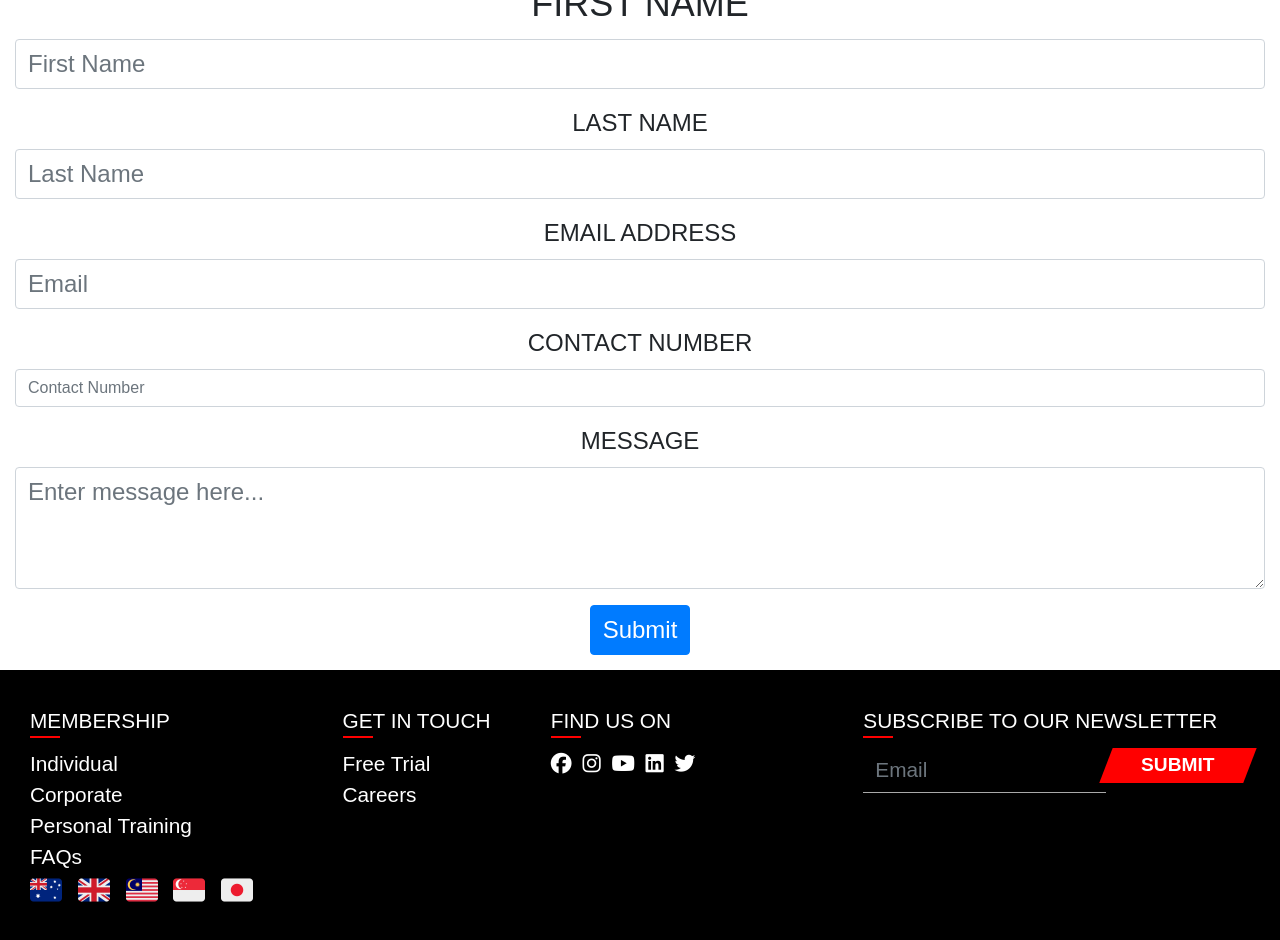
Repository: KJY93/User_Centric_Frontend_Development_Project
Page: contact.html
The author's editor kept a record of every edit. The page is drawn from the files as they stood at one moment, then again after the next edit.
The browser window is 1280 px wide. The pictures show the part of the page from y = 679 to 1631 px (the page is 1619 px tall before and 1631 px after).
Some web fonts or font styles are not loaded; a fallback is used. Some web libraries are served in a nearby version.

Above is the page before.

### contact.html
<!DOCTYPE html>
<html lang="en-US">
	<head>
	    <meta charset="UTF-8">
	    <meta name="viewport" content="width=device-width, initial-scale=1.0">
	    <meta http-equiv="X-UA-Compatible" content="ie=edge">
	    <title>Shape Shifters | Our Clubs</title>

		<!-- Google Fonts -->
	    <link href="https://fonts.googleapis.com/css?family=Cute+Font&display=swap" rel="stylesheet">

	    <!-- Logo -->
	    <link rel="icon" href="static/fitness-logo.ico">

	    <!-- Bootstrap CSS -->
	    <link rel="stylesheet" href="https://stackpath.bootstrapcdn.com/bootstrap/4.3.1/css/bootstrap.min.css" integrity="sha384-ggOyR0iXCbMQv3Xipma34MD+dH/1fQ784/j6cY/iJTQUOhcWr7x9JvoRxT2MZw1T" crossorigin="anonymous">

	    <!-- External CSS StyleSheet -->
		<link rel="stylesheet" type="text/css" href="static/styles.css">

		<!-- Bootstrap JS -->
	    <script src="https://code.jquery.com/jquery-3.3.1.slim.min.js" integrity="sha384-q8i/X+965DzO0rT7abK41JStQIAqVgRVzpbzo5smXKp4YfRvH+8abtTE1Pi6jizo" crossorigin="anonymous"></script>
	    <script src="https://cdnjs.cloudflare.com/ajax/libs/popper.js/1.14.7/umd/popper.min.js" integrity="sha384-UO2eT0CpHqdSJQ6hJty5KVphtPhzWj9WO1clHTMGa3JDZwrnQq4sF86dIHNDz0W1" crossorigin="anonymous"></script>
	    <script src="https://stackpath.bootstrapcdn.com/bootstrap/4.3.1/js/bootstrap.min.js" integrity="sha384-JjSmVgyd0p3pXB1rRibZUAYoIIy6OrQ6VrjIEaFf/nJGzIxFDsf4x0xIM+B07jRM" crossorigin="anonymous"></script>

	    <!-- Font Awesome -->
	    <script src="https://kit.fontawesome.com/3df94da5fe.js"></script>
	</head>
	<body>
	    <main>
	        <!-- Navbar -->
			<nav class="navbar navbar-expand-md navbar-dark bg-danger">
			  	<a class="navbar-brand" href="#"><i class="fas fa-home"></i></a>
			  	<button class="navbar-toggler" type="button" data-toggle="collapse" data-target="#navbarNav">
			    <span class="navbar-toggler-icon"></span>
			  	</button>
			  	<div class="collapse navbar-collapse" id="navbarNav">
			    	<ul class="navbar-nav ml-auto">
			      		<li class="nav-item">
			        		<a class="nav-link" href="#">Clubs</a>
			      		</li>
			      		<li class="nav-item">
			        		<a class="nav-link" href="#">Timetables</a>
			      		</li>
			    	</ul>

			    	<ul class="navbar-nav ml-auto">
			      		<li class="nav-item">
			        		<a class="nav-link" href="#">Contact Us</a>
			      		</li>
			    	</ul>
			  	</div>
			</nav>

			<!-- Timetables background -->
			<div id="contact-us-background"></div>

			<!-- Contact Us Header-->
			<div>
				<h1 class="club-header contact-us"><strong>WE'D LOVE TO HEAR FROM YOU</strong></h1>
			</div>

			<div class="container-fluid">

                <form method="post" action="">
                    <div class="form-group">
                        <div class="form-attribute"><label class="form-attribute" for="firstname">FIRST NAME</label></div>
                        <input type="text" class="form-control form-placeholder" id="firstname" placeholder="First Name">
                    </div>

                    <div class="form-group">
                        <div class="form-attribute"><label for="lastname">LAST NAME</label></div>
                        <input type="text" class="form-control form-placeholder" id="lastname" placeholder="Last Name">
                    </div>

                    <div class="form-group">
                        <div class="form-attribute"><label for="email-address">EMAIL ADDRESS</label></div>
                        <input type="email" class="form-control form-placeholder" id="email-address" placeholder="Email">
                    </div>

                    <div class="form-group">
                        <div class="form-attribute"><label for="contact-number">CONTACT NUMBER</label></div>
                        <input type="text" class="form-control" id="contact-number" placeholder="Contact Number">
                    </div>

                    <div class="form-group">
                        <div class="form-attribute"><label for="message-field">MESSAGE</label></div>
                        <textarea class="form-control form-placeholder" id="message-field" rows="3" placeholder="Enter message here..."></textarea>
                    </div>

                    <div class="generic-submit-btn-container"><button type="submit" class="btn btn-primary">Submit</button></div>
                </form>
			</div>

			<!-- Footer -->
			<footer>
				<div class="container-fluid">
					<div class="row">
						<div class="col-sm-12 col-md-3">
							<div>MEMBERSHIP</div>
							<div class="separator"></div>
							<div>Individual</div>
							<div>Corporate</div>
							<div>Personal Training</div>
							<div>FAQs</div>
						</div>

						<div class="col-sm-12 col-md-2">
							<div>GET IN TOUCH</div>
							<div class="separator"></div>
							<div>Free Trial</div>
							<div>Careers</div>
						</div>

						<div class="col-sm-12 col-md-3">
							<div>FIND US ON</div>
							<div class="separator"></div>
							<div>
								<i class="fab fa-facebook social-media-logo"></i>
								<i class="fab fa-instagram social-media-logo"></i>
								<i class="fab fa-youtube social-media-logo"></i>
								<i class="fab fa-linkedin social-media-logo"></i>
								<i class="fab fa-twitter social-media-logo"></i>
							</div>
						</div>

						<div class="col-sm-12 col-md-4">
							<div>SUBSCRIBE TO OUR NEWSLETTER</div>

							<div class="separator"></div>

							<form method="post" action="">
								<div class="input-field-container">
									<div class="form-group">
										<input input id="subscription" type="email" class="form-control" placeholder="Email" required>
									</div>

									<div class="each">
										<button type="button" class="submit-btn" value="submit"><span>SUBMIT</span></button>
									</div>
								</div>
							</form>
						</div>

						<div class="col-sm-12">
							<img class="flag-logo" src="static/australia-flag.png" alt="australia flag"/>
							<img class="flag-logo" src="static/uk-flag.png" alt="uk flag"/>
							<img class="flag-logo" src="static/mys-flag.png" alt="malaysia flag"/>
							<img class="flag-logo" src="static/sg-flag.png" alt="singapore flag"/>
							<img class="flag-logo" src="static/jpn-flag.png" alt="japan flag"/>
						</div>
					</div>
				</div>
			</footer>

	   </main>
	</body>
</html>

### static/styles.css
body, html {
	height: 100%;
}

body {
	font-family: 'Cute Font', cursive, sans-serif;
}

#subscription {
  background: transparent;
  border: none;
  border-bottom: 1px solid #a9a9a9;
  box-shadow: none;
  border-radius: 0;
}

.iframe-video-size {
	width: 300px;
	height: 320px;
}

.social-media-logo {
	margin-right: 5px;
}

.separator {
	margin-bottom: 10px;
	height: 2px;
	width: 30px;
	background: rgb(255, 0, 0);
	z-index: 1;
}

.row {
	margin-left: 0;
	margin-right: 0;
}

#advert > h1 {
	color: #ffffff;
}

#signup-link {
	color: #ffffff;
}

input[type="email"] {
 	font-size: 1em;
}

.col-sm-12, .col-md-6, .nav-link, #signup-link {
	font-size: 1.3em;
}

.link-deco:link {
	text-decoration: none;
}

.link-deco:hover {
	font-size:120%;
}

.link-font-color, button > .link-deco:hover {
	color: #ffffff;
}

.box2, .box3 {
	background: rgba(255,117,117,0.1);
}

.button-container, p, .challenge-container, #signup-container, .box3, .box2 {
	text-align: center;
}

#divider {
	width: 100%;
	border: 1px solid black;
}

footer {
	padding-top: 35px;
	padding-bottom: 35px;
	background: rgba(0, 0, 0);
	color: #ffffff;
}

.box1 {
	background:url('../static/background-mobile.jpg');
	background-repeat: no-repeat;
	background-size: 100% 100%;
	height: 400px;
	display: flex;
	align-items: center;
	justify-content: center;
}

/*https://codepen.io/adamjohnson/pen/aokGt*/
/* Skew button design adapted from the above codepen project*/
.submit-btn {
	color: #fff;
	background: #ff0000;
	font-weight: 700;
	text-align: center;
	text-decoration: none;
	border: 0;
	outline: 0;
	font-size: 1.2rem;
	padding: 12px 35px;
	display: inline-block;
	transform: skew(-21deg);
	border-radius: 0;
}

.input-field-container {
	display: flex;
	flex-direction: row;
}

.submit-btn:hover {
	background: #0069a8;
}

span {
	display: inline-block; /* change to inline-block so that the text can be un-skewed*/
}

.submit-btn > span {
	-webkit-transform: skew(21deg);  /* Un-skew the text */
}

.btn-group {
	padding-left: 15px;
}

.flag-logo {
	padding-right: 10px;
}

#club-header-background {
	background:url('../static/bodycombat.jpg');
	background-repeat: no-repeat;
	background-size: 100% 100%;
	height: 200px;
}

.club-header {
	text-align: center;
	background: linear-gradient(to top, #ff0000 , #800080);
	-webkit-background-clip: text;
	-webkit-text-fill-color: transparent;
	font-size: 2.5em;
}

.location {
	display: flex;
	flex-direction: column;
	justify-content: center;
	align-items: center;
	color: #ffffff;
	margin-bottom: 20px;
}

.location:link {
	text-decoration: none;
}

.location:hover {
	opacity: 0.8;
}

.location:hover .location-name, .location:hover .club-info {
	background: linear-gradient(to top, #ff0000 , #ff9800);
	-webkit-background-clip: text;
	-webkit-text-fill-color: transparent;
}

.location-name {
	font-size: 2.3em;
}

.club-info {
	font-size: 1.2em;
	border: 1px solid #ffffff;
	padding-left: 20px;
	padding-right: 20px;
	border-radius: 20px;
}

#location-image-1 {
	background:url('../static/paragon.jpg');
    background-size: 100% 100%;
    background-repeat: no-repeat;
    background-position: center;
	border-radius: 10px;
	height: 250px;
}

#location-image-2 {
	background:url('../static/clarke-quay.jpg');
    background-size: 100% 100%;
    background-repeat: no-repeat;
    background-position: center;
	border-radius: 10px;
	height: 250px;
}

#location-image-3 {
	background:url('../static/tanjongpagar.jpg');
    background-size: 100% 100%;
    background-repeat: no-repeat;
    background-position: center;
	border-radius: 10px;
	height: 250px;
}

#location-image-4 {
	background:url('../static/vivocity.jpg');
    background-size: 100% 100%;
    background-repeat: no-repeat;
    background-position: center;
	border-radius: 10px;
	height: 250px;
}

#location-image-5 {
	background:url('../static/rafflesplace.jpg');
    background-size: 100% 100%;
    background-repeat: no-repeat;
    background-position: center;
	border-radius: 10px;
	height: 250px;
}

#location-image-6 {
	background:url('../static/rafflesmall.jpg');
    background-size: 100% 100%;
    background-repeat: no-repeat;
    background-position: center;
	border-radius: 10px;
	height: 250px;
}

#timetables-header-background {
	background:url('../static/groupyoga.jpg');
	background-repeat: no-repeat;
	background-size: 100% 100%;
	height: 250px;
}

/* override text alignment and font-size*/
.table {
	text-align: center;
	font-size: 1.3rem;
}

#contact-us-background {
	background:url('../static/reachout.jpg');
	background-repeat: no-repeat;
	background-size: 100% 100%;
	height: 200px;
}


.generic-submit-btn-container, .form-attribute {
	text-align: center;
}

.contact-us {
	font-size: 1.8em;
}

.generic-submit-btn-container {
	margin-bottom: 15px;
}

.form-attribute, .form-placeholder:placeholder-shown, textarea:placeholder-shown {
  font-size: 1.2em;
}

/* for extra small device */
@media (max-width: 400px) {
	.iframe-video-size {
	width: 260px;
	height: 320px;
	}

	#club-header-background {
		height: 160px;
	}

	.club-header {
		font-size: 2.0em;
	}

	.location-name {
		font-size: 2.0em;
	}

	.club-info {
		font-size: 1.0em;
	}

	.contact-us {
		font-size: 1.5em;
	}
}

/* for medium screen device */
@media (min-width: 768px) and (max-width: 991.98px) {
	.box1 {
		background:url('../static/background.jpg');
		background-repeat: no-repeat;
		height: 550px;
		background-size: 100% 100%;
	}

	.box2 {
		text-align: center;
	}

	.btn-group {
		padding-left: 0;
	}

	.iframe-video-size {
		width: 340px;
		height: 320px;
	}

	#timetables-header-background {
		height: 450px;
	}

	.table {
		font-size: 1.8rem;
	}

	#contact-us-background {
		height: 450px;
	}

	.form-attribute, .form-placeholder:placeholder-shown, textarea:placeholder-shown,
	.generic-submit-btn-container > button {
	  font-size: 1.4em;
	}
}

/* for large screen device */
@media (min-width: 992px) {
	.box1 {
		height: 600px;
	}

	.btn-group {
		padding-left: 0;
	}

	.submit-btn {
		padding: 3px 35px;
	}

	.iframe-video-size {
		width: 470px;
		height: 320px;
	}

	#club-header-background {
		height: 376px;
	}

	#timetables-header-background {
		height: 600px;
	}

	#contact-us-background {
		height: 550px;
	}

	.form-attribute, .form-placeholder:placeholder-shown, textarea:placeholder-shown,
	.generic-submit-btn-container > button {
	  font-size: 1.5em;
	}

}

After the next edit:
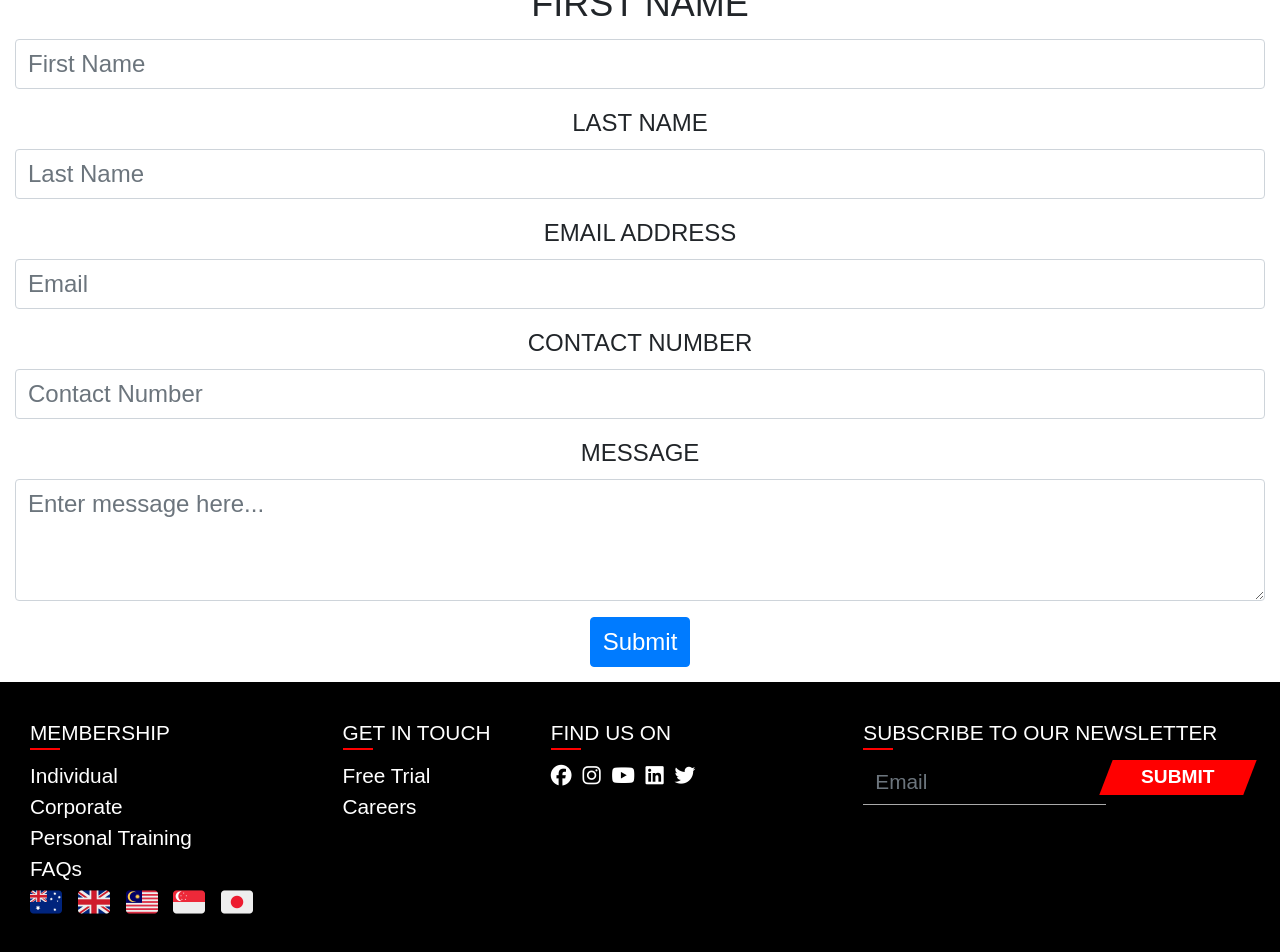
The edit:
--- a/contact.html
+++ b/contact.html
@@ -80,7 +80,7 @@
 
                     <div class="form-group">
                         <div class="form-attribute"><label for="contact-number">CONTACT NUMBER</label></div>
-                        <input type="text" class="form-control" id="contact-number" placeholder="Contact Number">
+                        <input type="text" class="form-control form-placeholder" id="contact-number" placeholder="Contact Number">
                     </div>
 
                     <div class="form-group">
